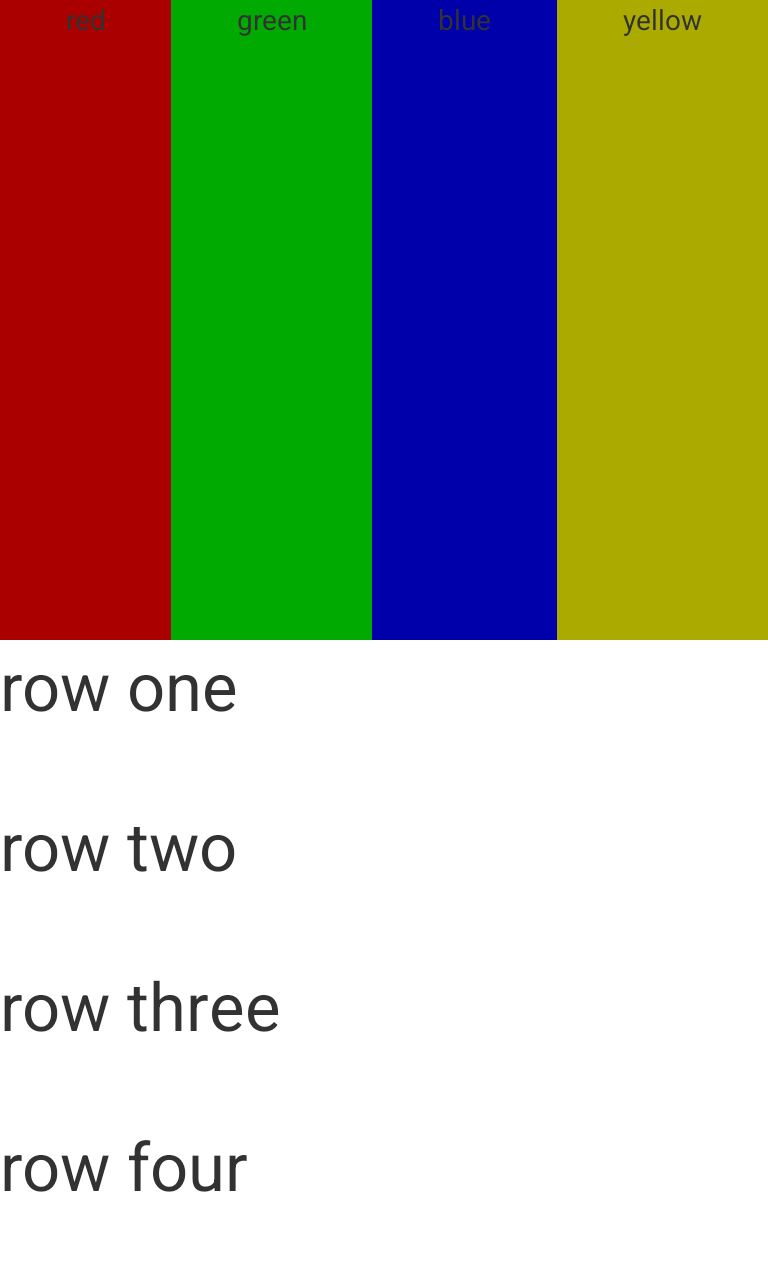
Repository: HouJun11220033/Android
Layout: Layout_04/res/layout/activity_main.xml
The author's editor kept a copy of each file at every save. The layout is drawn from the files as they stood at one save, then again after the next save.
It is drawn on a 768 x 1280 px phone screen (xhdpi) without system bars, with theme AppTheme; the app's code is not run.

Above is the layout before, as saved 2016-09-15 15:43:46.

After the next save:
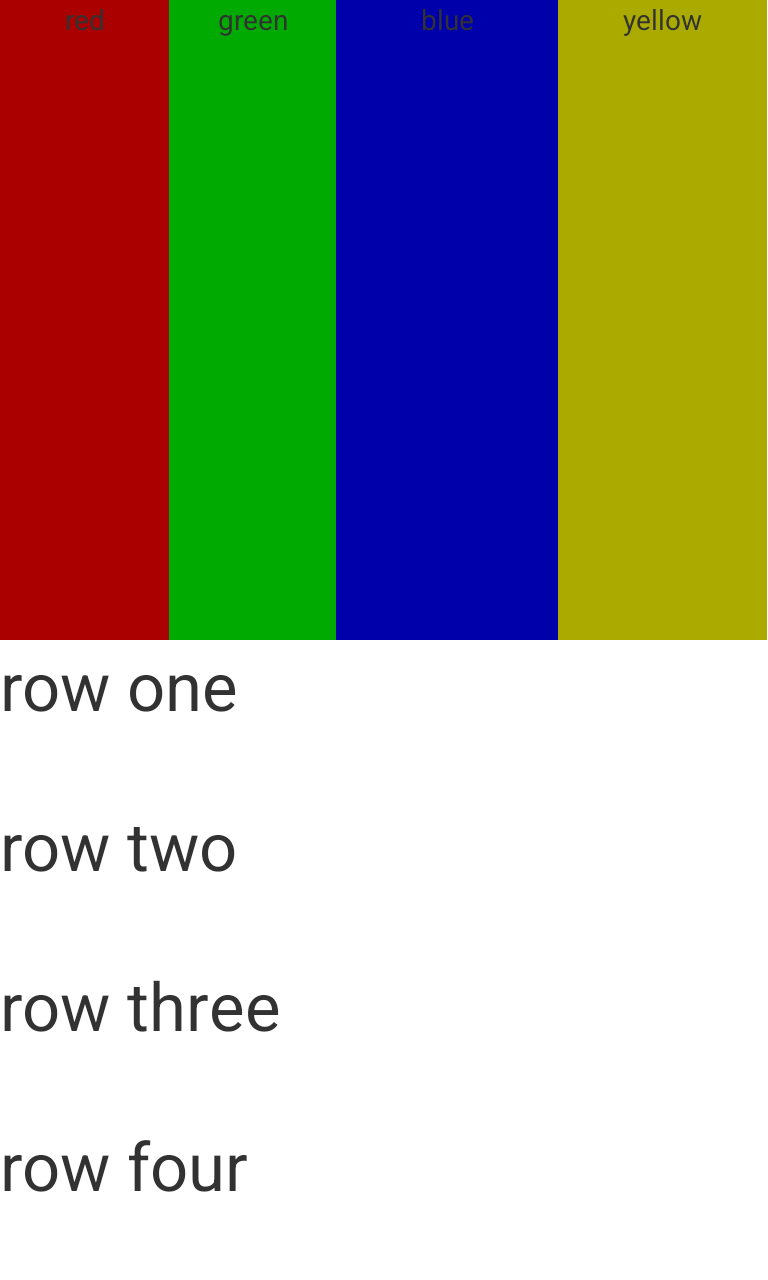
Saved 2 min 36 s later.
--- a/Layout_04/res/layout/activity_main.xml
+++ b/Layout_04/res/layout/activity_main.xml
@@ -21,7 +21,7 @@
         <TextView
             android:layout_width="wrap_content"
             android:layout_height="fill_parent"
-            android:layout_weight="1"
+            android:layout_weight="0.75"
             android:background="#00aa00"
             android:gravity="center_horizontal"
             android:text="green" />
@@ -29,7 +29,7 @@
         <TextView
             android:layout_width="wrap_content"
             android:layout_height="fill_parent"
-            android:layout_weight="1"
+            android:layout_weight="1.30"
             android:background="#0000aa"
             android:gravity="center_horizontal"
             android:text="blue" />
